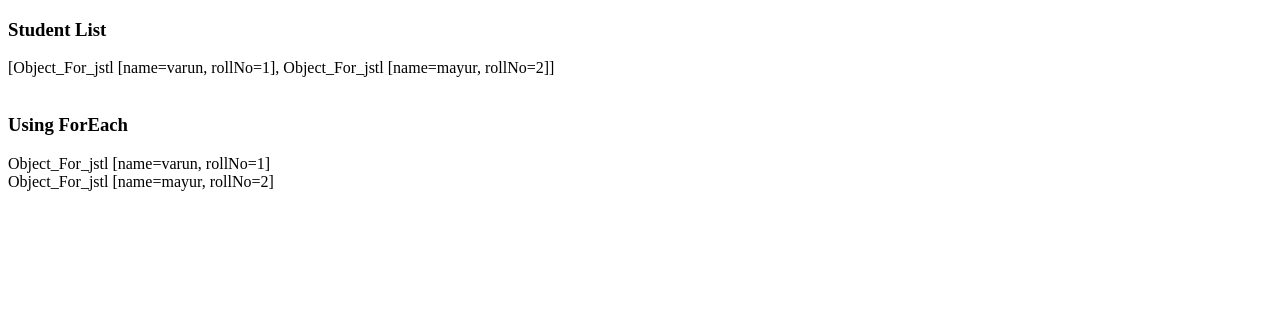
Repository: Kvarun0/JSP_JSTL_SERVLET
Page: http://localhost/C_Jsp_With_Jstl_Basic/
These files come from the project's save history. The page is drawn as it stood at one moment and after the next save; the edit follows.
The browser window is 1280 px wide. The pictures show the whole page.
The page is served by Tomcat 9.

Above is the page before, as saved 2023-02-03 15:08:57.

After the next save:
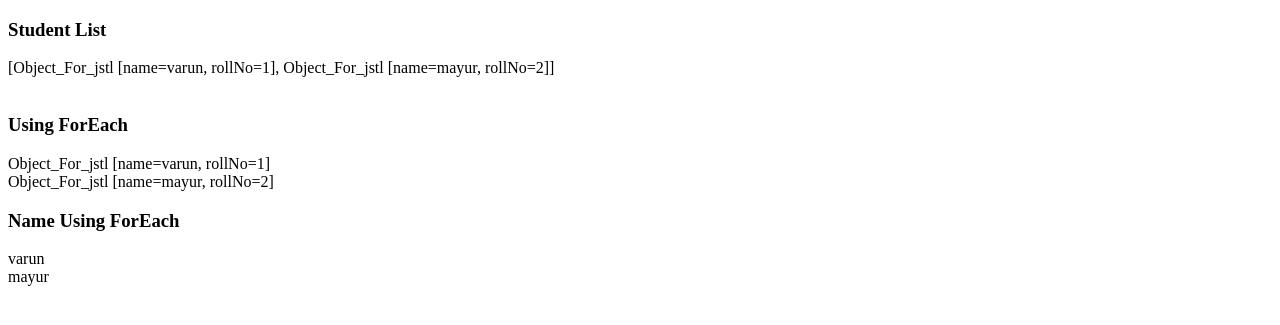
Saved 38 s later.
--- a/C_Jsp_With_Jstl_Basic/WebContent/object_with_jsp_jstl.jsp
+++ b/C_Jsp_With_Jstl_Basic/WebContent/object_with_jsp_jstl.jsp
@@ -20,5 +20,12 @@
 		<br/>
 	</c:forEach>
 
+	<h3>Name Using ForEach</h3>
+	<c:forEach items="${student}" var="s">
+		${s.name}
+		<br/>
+	</c:forEach>
+
+
 </body>
 </html>
